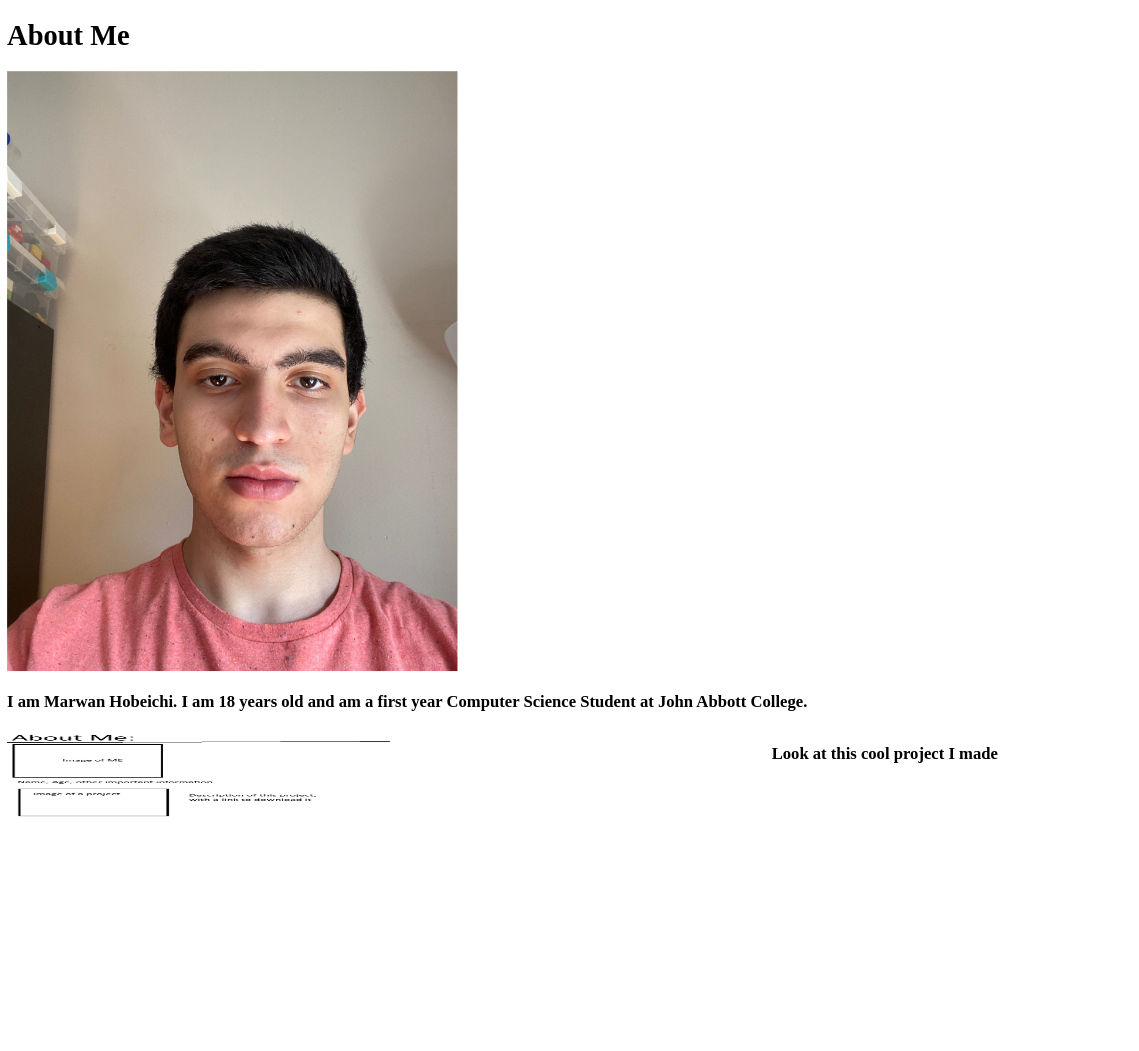
Repository: captainm64/captainm64
Page: index.html
An editor plug-in stored every save of this project. The page is shown before and after the next save, followed by the edit.
The browser window is 1280 px wide. The pictures show the whole page, at 89% of full size.

Above is the page before, as saved 2026-04-22 11:11:03.

After the next save:
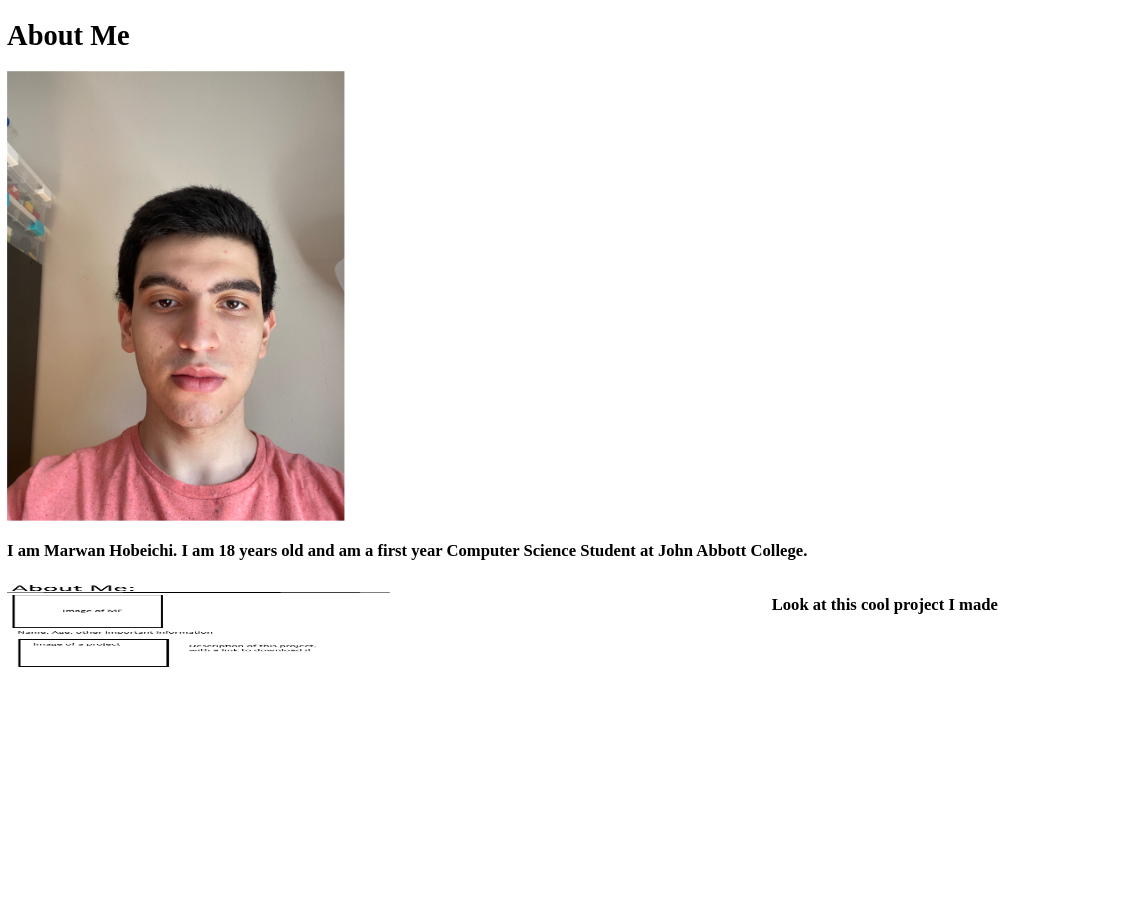
Saved 8 min 24 s later.
--- a/styles/index.css
+++ b/styles/index.css
@@ -14,7 +14,8 @@ img{
 
 .projtxt img {
 
-   height: 100%
+   height: 100%;
+   width: 100%
 
 }
 
@@ -51,7 +52,7 @@ color: rgb(0, 0, 0);
      img{
 
    height: 55%;
-   width: 40%;
+   width: 30%;
    }
 
    .projtxt img {
